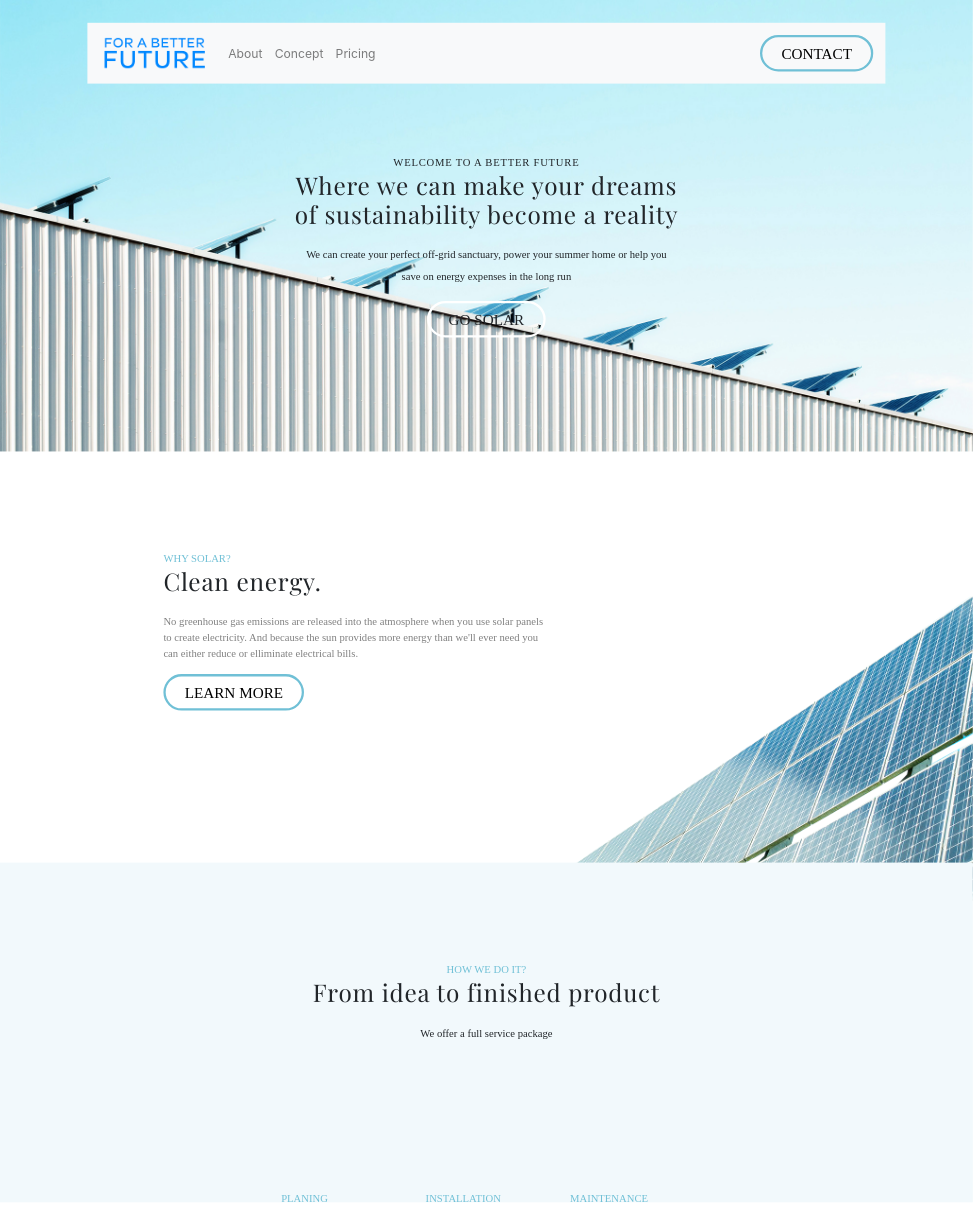
Repository: sabinemm/fabf
Page: index.html
The author's editor kept a record of every edit. The page is drawn from the files as they stood at one moment, then again after the next edit.
The browser window is 1280 px wide. The pictures show the whole page, at 76% of full size.
Backgrounds fixed to the window are drawn as part of the page. Some web fonts or font styles are not loaded; a fallback is used.

Above is the page before.

### index.html
<!DOCTYPE html>
<html lang="en">

<head>
    <meta charset="UTF-8">
    <meta name="viewport" content="width=device-width, initial-scale=1.0">
    <meta http-equiv="X-UA-Compatible" content="ie=edge">
    <link rel="stylesheet" href="style.css" type="text/css" />
    <link rel="stylesheet" href="https://stackpath.bootstrapcdn.com/bootstrap/4.3.1/css/bootstrap.min.css" integrity="sha384-ggOyR0iXCbMQv3Xipma34MD+dH/1fQ784/j6cY/iJTQUOhcWr7x9JvoRxT2MZw1T" crossorigin="anonymous">
    <link rel="stylesheet" media="screen" href="https://fontlibrary.org/face/roundo" type="text/css" />
    <link rel="stylesheet" media="screen" href="https://fontlibrary.org/face/source-sans-pro" type="text/css" />
    <link href="https://fonts.googleapis.com/css?family=Playfair+Display&display=swap" rel="stylesheet">
    <title>FOR A BETTER FUTURE</title>
</head>

<body>

    <!–-----– NAVBAR ------->

    <div class="container">
        <nav class="navbar navbar-fixed-top navbar-expand-lg navbar-light bg-light">
            <a class="navbar-brand" href="#">
          <img src="img/logo.svg" height="50px"alt="logo">
        </a>
            <button class="navbar-toggler" type="button" data-toggle="collapse" data-target="#navbarText" aria-controls="navbarText" aria-expanded="false" aria-label="Toggle navigation">
    <span class="navbar-toggler-icon"></span>
  </button>
            <div class="collapse navbar-collapse justify-content-center" id="navbarText">
                <ul class="navbar-nav mr-auto">
                    <li class="nav-item">
                        <a class="nav-link" href="#">About</a>
                    </li>
                    <li class="nav-item">
                        <a class="nav-link" href="#">Concept</a>
                    </li>
                    <li class="nav-item">
                        <a class="nav-link" href="#">Pricing</a>
                    </li>
                </ul>
                <span class="navbar-text">
          <button type="button" class="btn btn-blue-border">CONTACT</button>
    </span>
            </div>
        </nav>
    </div>

    <!–-----– FIRST SECTION ------->

    <section id="parallax">
        <div class="container">
            <div class="ltitle text-center">
                <p class="uppercase stitle">WELCOME TO A BETTER FUTURE</p>
                <h2> Where we can make your dreams <br> of sustainability become a reality </h2>
                <p class="tparagraph"> We can create your perfect off-grid sanctuary, power your summer home or help you <br> save on energy expenses in the long run</p>
                <button type="button" class="btn  btn-transp-white-border">GO SOLAR</button>
            </div>
        </div>
    </section>

    <!–-----– SECOND SECTION ------->

    <section id="clean">
        <div class="container container-fluid section-2">
            <div class="row">
                <div class="col col-md-6">
                    <p class="uppercase stitle stitle-blue">WHY SOLAR?</p>
                    <h2 class="ltitle ltitle2"> Clean energy.</h2>
                    <p class="tparagraph tparagraph2"> No greenhouse gas emissions are released into the atmosphere when you use solar panels to create electricity. And because the sun provides more energy than we'll ever need you can either reduce or elliminate electrical bills. </p>
                    <button type="button" class="btn btn-blue-border">LEARN MORE</button>

                </div>
            </div>

            <div class="container">
                <div class="col col-md-6 offset-md-6">
                    <img src="img/sidepanel.png" class="sidepanel"></img>
                </div>
            </div>
        </div>

    </section>

    <!–-----– THIRD SECTION ------->

    <section id="idea">
        <div class="idea-title text-center">
            <p class="uppercase stitle stitle-blue">HOW WE DO IT?</p>
            <h2 class="ltitle ltitle2"> From idea to finished product</h2>
            <p class="tparagraph">We offer a full service package</p>

        </div>
        <div class="container idea-table">
            <div class="row justify-content-center">
                <div class=" col-2 col-md-2">
                     <p class="uppercase stitle stitle-blue">PLANING</p>
                </div>
                <div class="col-2 ">
                     <p class="uppercase stitle stitle-blue">INSTALLATION</p>
                </div>
                <div class="col-2 ">
                     <p class="uppercase stitle stitle-blue">MAINTENANCE</p>
                </div>
            </div>

        </div>

    </section>

</body>

</html>

### style.css

/*-------------------navbar------------------*/

.navbar {
    margin-top: 30px;
    margin-left: 30px;
    margin-right: 30px;

}

@media (max-width:536px) {
    .navbar {
        margin-top: 15px;
        margin-left: 10px;
        margin-right: 10px;
    }
}

/*-------------------Buttons------------------*/

.btn-transp-white-border,
.btn-transp-white-border:hover,
.btn-transp-white-border:active,
.btn-transp-white-border:visited,
.btn-transp-white-border:active:focus,
.btn-transp-white-border:focus {
    background-color: rgba(0, 0, 0, 0);
    border: solid 3px white !important;
    border-radius: 30px !important;
    color: white;
    text-align: center;
    text-decoration: none;
    display: inline-block;
    font-size: 20px !important;
    font-family: 'SourceSansProRegular';
    padding-left: 25px !important;
    padding-right: 25px !important;
}


.btn-transp-white-border:hover {
    background-color: rgba(255, 255, 255, 0.5);
    padding-left: 25px;
    padding-right: 25px;
}


.btn-blue-border,
.btn-blue-border:hover,
.btn-blue-border:active,
.btn-blue-border:visited,
.btn-blue-border:active:focus,
.btn-blue-border:focus {
    background-color: rgba(0, 0, 0, 0) !important;
    border: solid 3px rgb(112, 192, 214) !important;
    border-radius: 30px !important;
    color: black !important;
    text-align: center;
    text-decoration: none;
    display: inline-block;
    font-size: 20px !important;
    font-family: 'SourceSansProRegular';
    padding-left: 25px !important;
    padding-right: 25px!important;
}

.btn-blue-border:hover {
    background-color: rgba(112, 192, 214, 0.5) !important;
    padding-left: 25px;
    padding-right: 25px;
}


/*-------------------SECTION 1 PAGE 1------------------*/

#parallax {
    background: url(img/1page1section.jpg);
    background-attachment: fixed;
    background-position: bottom;
    background-repeat: no-repeat;
    background-size: cover;
    margin-top: -110px;
}

@media (max-width:536px) {
    #parallax {
        margin-top: -110px;
    }
}

.stitle {
    font-size: 14px;
    font-family: 'RoundoRegular';
    font-weight: 500;
    font-style: normal;
    margin-bottom: -5px;
}

.ltitle {
    padding-top: 200px;
    font-family: 'Playfair Display';
    letter-spacing: 1px;
    line-height: 30px;
    padding-bottom: 150px;
}

@media (max-width:768px) {
    .ltitle {
        padding-top: 150px;
        padding-bottom: 100px;
    }
}

.tparagraph {
    padding-top: 10px;
    font-family: 'SourceSansProRegular';
    font-weight: normal;
    font-style: normal;
    font-size: 14px;
    letter-spacing: 0;
}

@media (max-width:768px) {
    br {
        display: none !important;
        visibility: hidden;
    }
}

/*-------------------SECTION 2 PAGE 1------------------*/
#clean {
    padding-left: 0;
}
@media (min-width:768px) {
#clean {
    padding-left: 200px;
}
}


.stitle-blue {
    color:rgb(112, 192, 214);
    padding-top: 70px;

}

@media (min-width:768px) {
    .stitle-blue {
        padding-top: 130px;
    }
}

.ltitle2 {
padding-top: 10px;
padding-bottom: 10px;
}

.tparagraph2 {
    color: gray;

}

.section-2 {
  padding-bottom: 100px;
}

.sidepanel {
position:relative;
float: right;
height:400px;
margin-top: -150px;
margin-right: -45px;
z-index: -1;
}

/*-------------------SECTION 3 PAGE 1------------------*/

#idea {
    background-color: rgb(242, 249,252);
}

.idea-title {;
    padding-bottom: 50px;
    margin-top: 100px;
}

After the next edit:
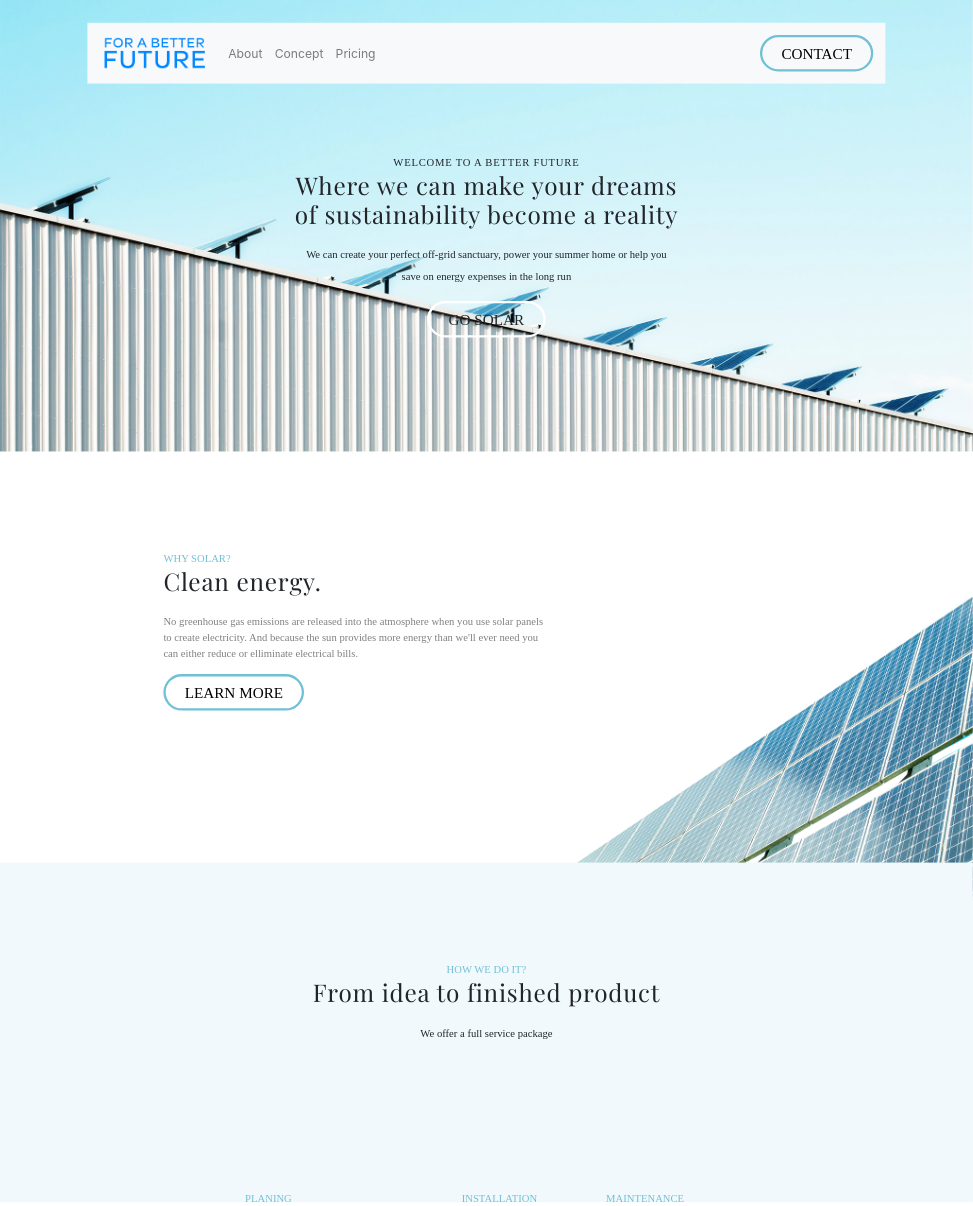
The edit:
--- a/index.html
+++ b/index.html
@@ -91,7 +91,7 @@
         </div>
         <div class="container idea-table">
             <div class="row justify-content-center">
-                <div class=" col-2 col-md-2">
+                <div class=" col-3 ">
                      <p class="uppercase stitle stitle-blue">PLANING</p>
                 </div>
                 <div class="col-2 ">
